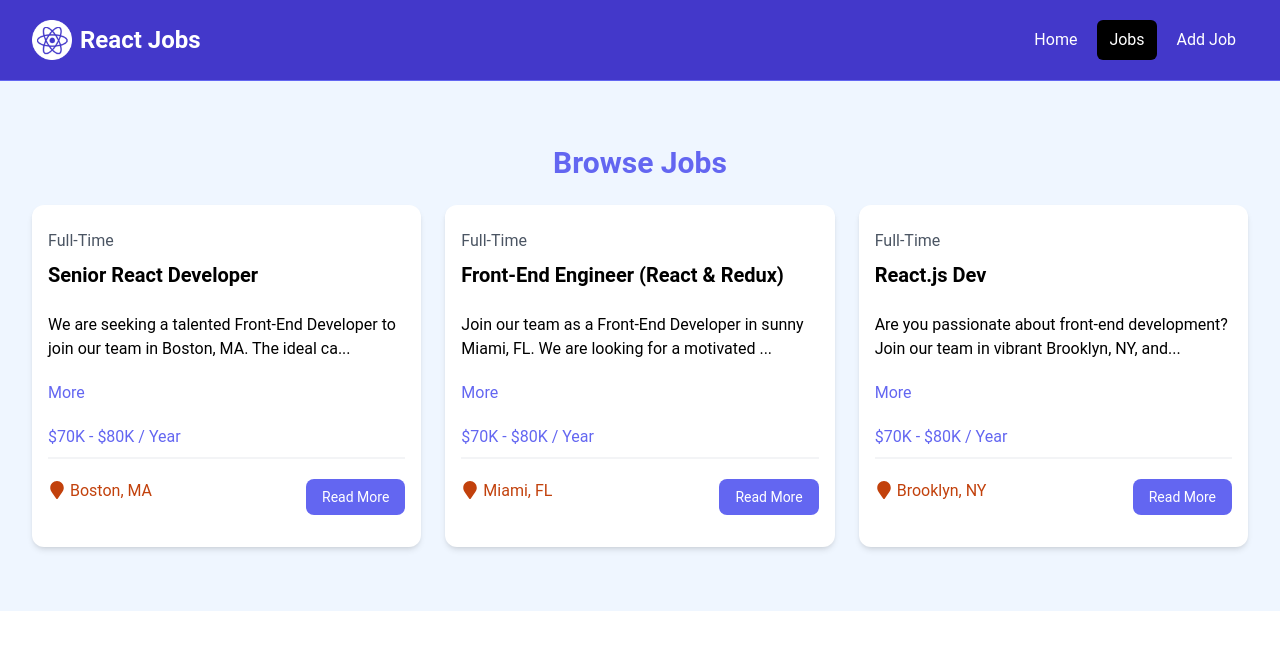
Repository: Geohot-2020/React_setup
Page: /jobs (app in react-crash-2024/)
An editor plug-in stored every save of this project. The page is shown before and after a run of saves, followed by the edit.
The browser window is 1280 px wide. The pictures show the whole page.
The project was rebuilt for these pictures with package versions that can differ from the ones it lists, and the page was loaded fresh each time. Also part of the build but not shown: react-crash-2024/vite.config.js, react-crash-2024/src/components/Hero.jsx, react-crash-2024/src/components/Card.jsx, react-crash-2024/src/components/HomeCards.jsx, react-crash-2024/src/components/ViewAllJobs.jsx, react-crash-2024/src/pages/HomePage.jsx, react-crash-2024/src/pages/NotFoundPage.jsx.

Above is the page before, as saved 2024-11-13 17:37:13.

After the next 3 saves:
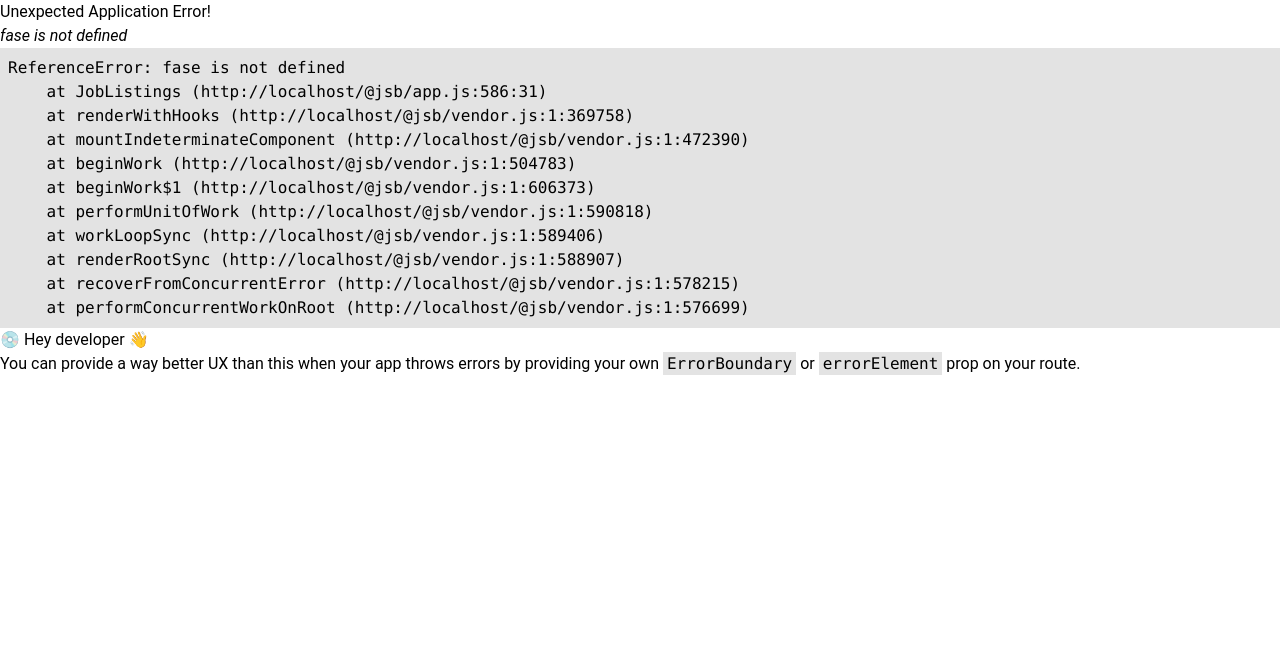
Console error: ReferenceError: fase is not defined
The 3 saves are shown as one change because they came seconds apart.
The last was saved 17 s later.
--- a/react-crash-2024/src/components/JobListings.jsx
+++ b/react-crash-2024/src/components/JobListings.jsx
@@ -4,7 +4,7 @@ import JobListing from './JobListing';
 
 
 
-const JobListings = () => {
+const JobListings = ({isHome = fase}) => {
     const recentJobs = jobs.slice(0, 3);
 
     return (
